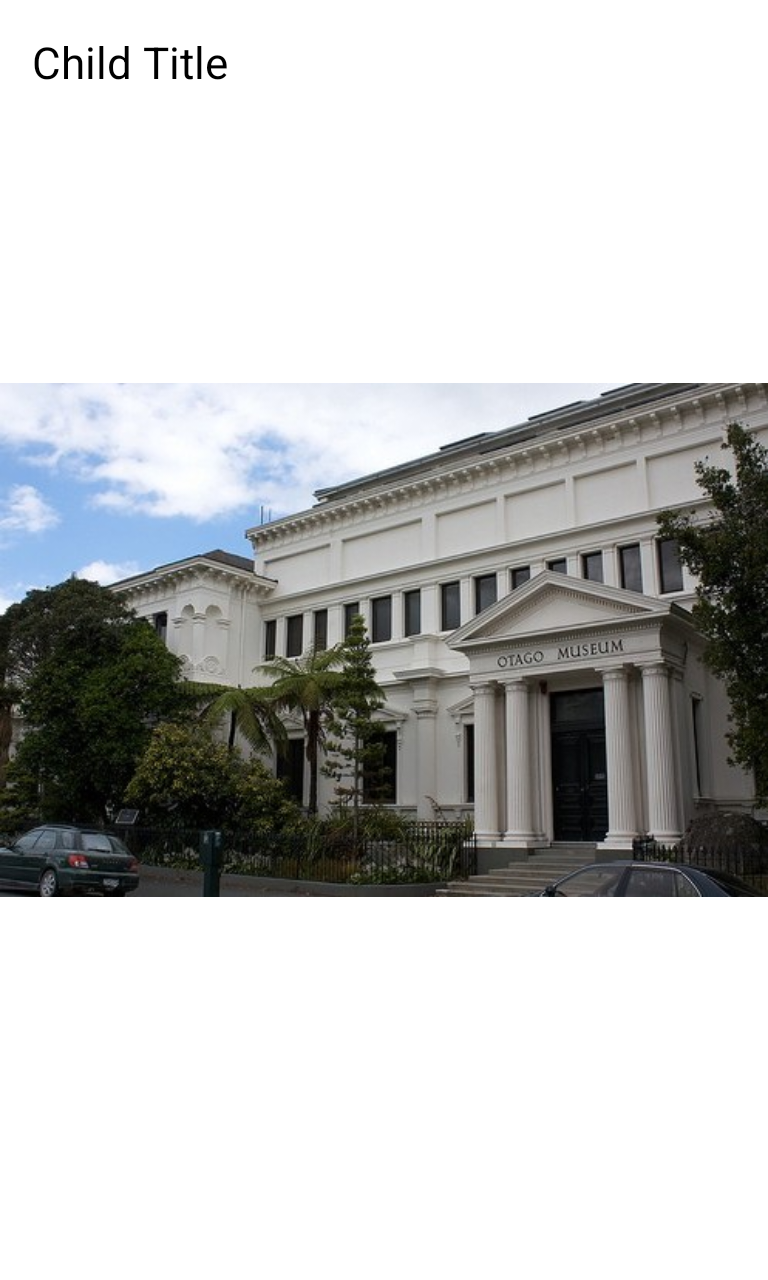
Repository: AlexanderMcNeill/Android
Layout: Eclipse_Android/HierarchicalActivitiesv2/res/layout/activity_child.xml
The author's editor kept a copy of each file at every save. The layout is drawn from the files as they stood at one save, then again after the next save.
It is drawn on a 768 x 1280 px phone screen (xhdpi) without system bars, with theme AppTheme; the app's code is not run. Lists and similar views that code fills are empty.

Above is the layout before, as saved 2015-03-11 08:59:45.

After the next save:
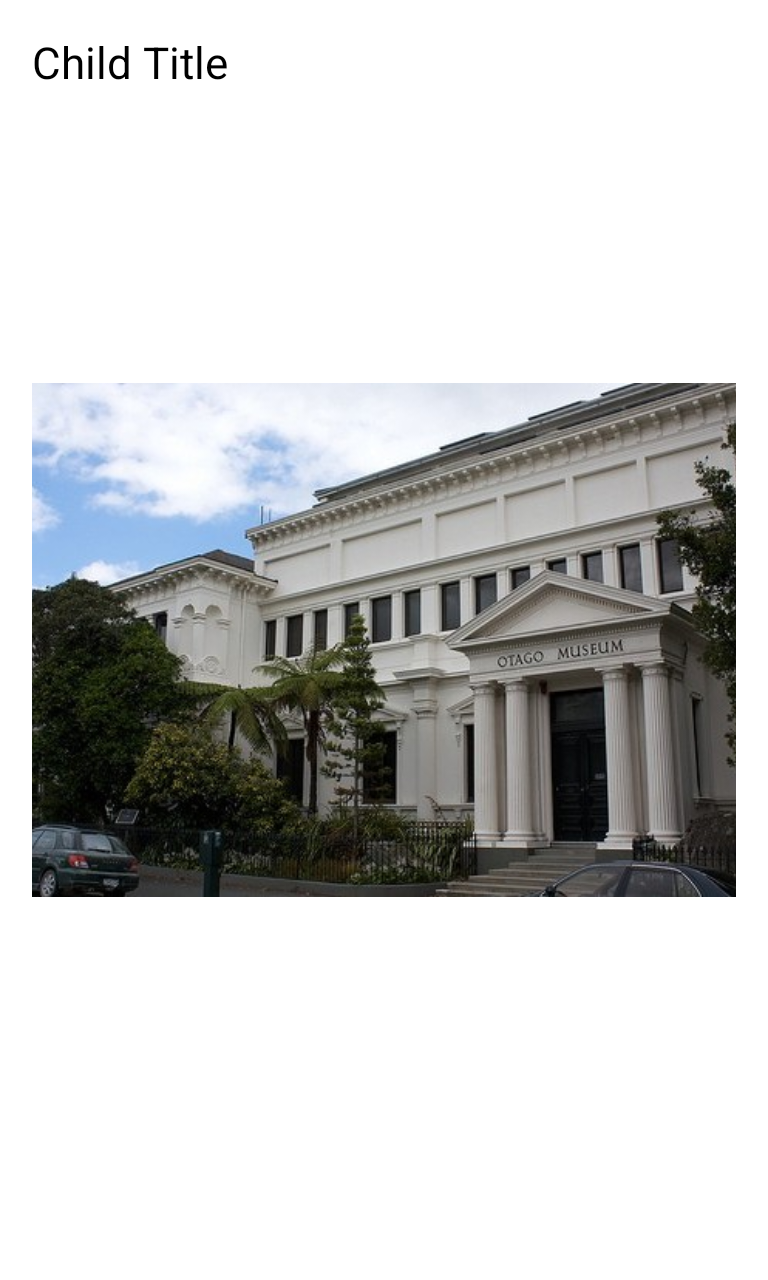
Saved 18 s later.
--- a/Eclipse_Android/HierarchicalActivitiesv2/res/layout/activity_child.xml
+++ b/Eclipse_Android/HierarchicalActivitiesv2/res/layout/activity_child.xml
@@ -3,6 +3,10 @@
     xmlns:tools="http://schemas.android.com/tools"
     android:layout_width="match_parent"
     android:layout_height="match_parent"
+    android:paddingBottom="@dimen/activity_vertical_margin"
+    android:paddingLeft="@dimen/activity_horizontal_margin"
+    android:paddingRight="@dimen/activity_horizontal_margin"
+    android:paddingTop="@dimen/activity_vertical_margin"
     tools:context="bit.mcnear1.hierarchicalactivities.MainActivity" >
 
     <TextView
@@ -14,17 +18,18 @@
     android:text="Child Title"
     android:textAppearance="?android:attr/textAppearanceLarge" />
 
+	<ListView
+	    android:id="@+id/left_drawer"
+	    android:layout_width="200dp"
+	    android:layout_height="fill_parent"
+	    android:layout_gravity="start"
+	    android:choiceMode="singleChoice"
+	    android:dividerHeight="2dp"/>
+
 	<ImageView
 	    android:id="@+id/imageView1"
 	    android:layout_width="wrap_content"
 	    android:layout_height="wrap_content"
 	    android:src="@drawable/activities" />
 
-	<ListView
-	    android:id="@+id/left_drawer"
-	    android:layout_width="200dp"
-	    android:layout_height="fill_parent"
-	    android:choiceMode="singleChoice"
-	    android:dividerHeight="2dp" />
-
 </android.support.v4.widget.DrawerLayout>
